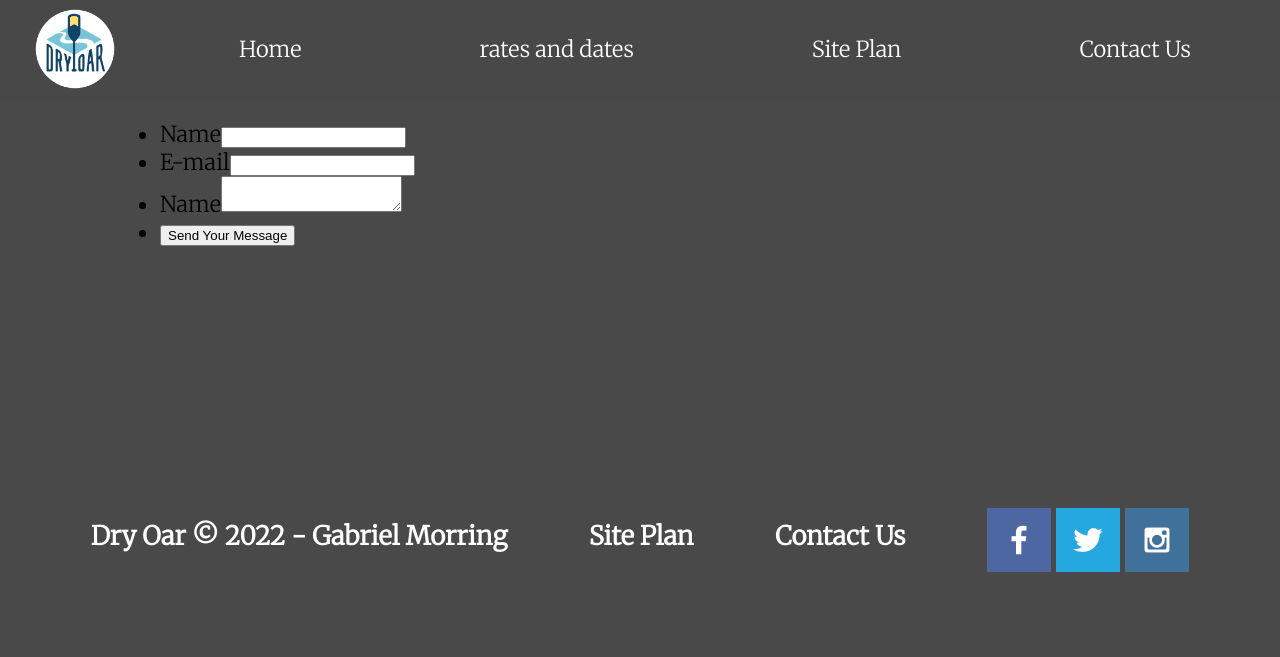
Repository: GabrielMorring/wdd130
Page: wwr/contactus.html
The author's editor kept a copy of each file at every save. The page is drawn from the files as they stood at one save, then again after the next save.
The browser window is 1280 px wide. The pictures show the whole page.
Some web fonts or font styles are not loaded; a fallback is used.

Above is the page before, as saved 2022-06-21 10:29:32.

After the next save:
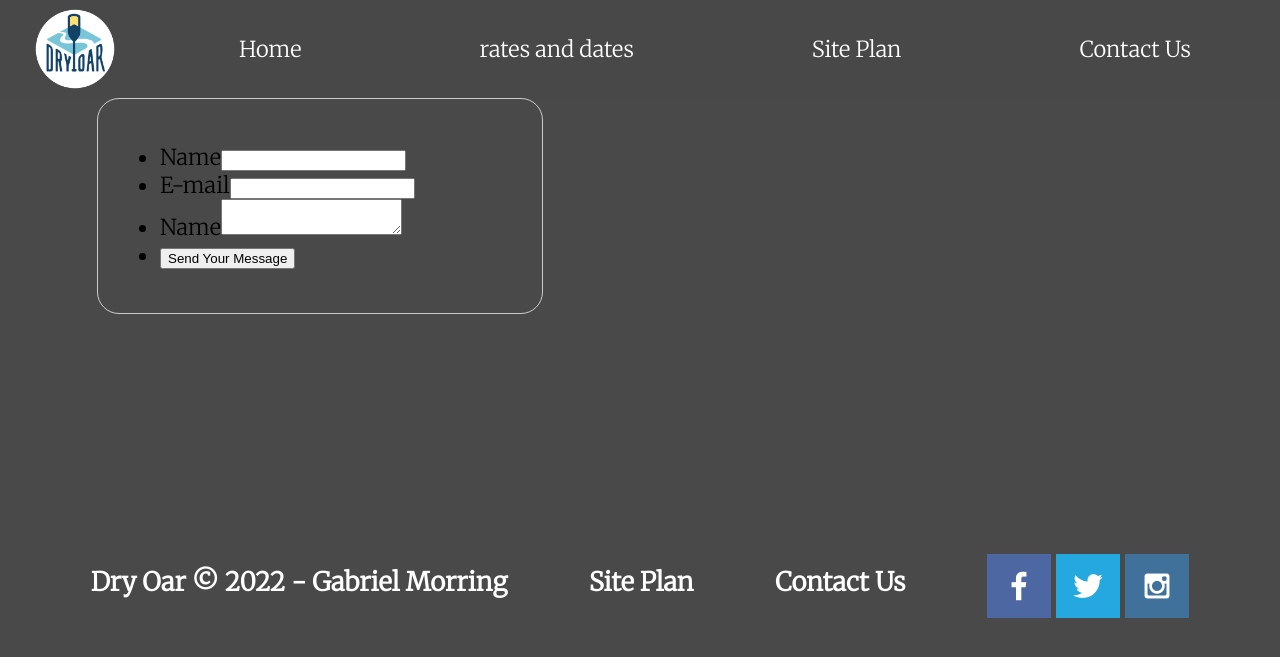
Saved 21 s later.
--- a/wwr/contactus.html
+++ b/wwr/contactus.html
@@ -10,6 +10,9 @@
       form {
         margin: 0 auto;
         width: 400px;
+        padding: 1em;
+        border: 1px solid #ccc;
+        border-radius: 1em;
       }
     </style>
   </head>
